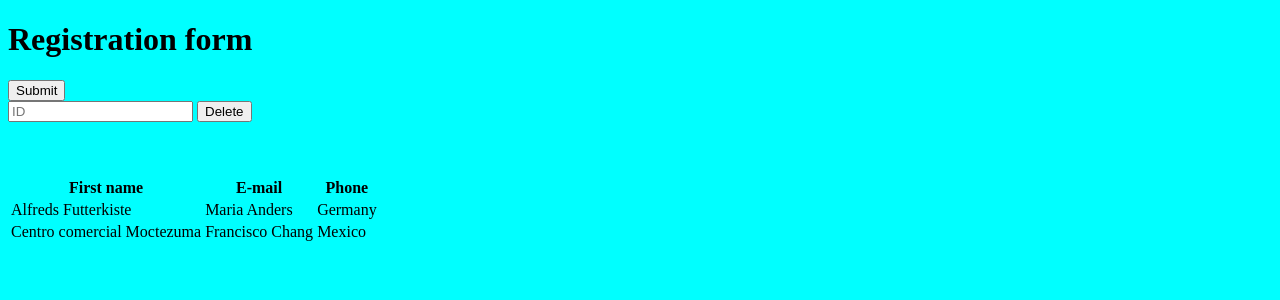
Repository: mediumrtp/CRUD
Page: index.html
An editor plug-in stored every save of this project. The page is shown before and after the next save, followed by the edit.
The browser window is 1280 px wide. The pictures show the whole page.

Above is the page before, as saved 2022-11-15 09:42:14.

After the next save:
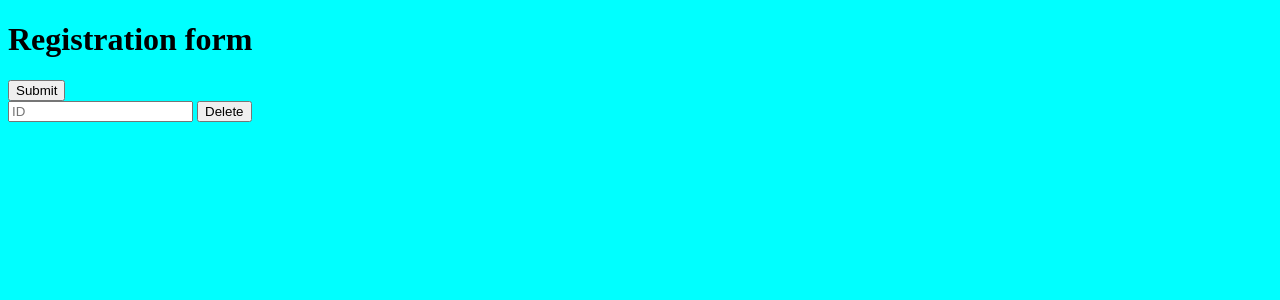
Saved 34 s later.
--- a/index.html
+++ b/index.html
@@ -19,28 +19,6 @@
         <button type="submit">Delete</button>
         <!-- <button type="submit" class="btn">Submit</button> -->
     </form>
-
-    </br>
-    </br>
-    </br>
-
-    <table>
-        <tr>
-            <th>First name</th>
-            <th>E-mail</th>
-            <th>Phone</th>
-        </tr>
-        <tr>
-            <td>Alfreds Futterkiste</td>
-            <td>Maria Anders</td>
-            <td>Germany</td>
-        </tr>
-        <tr>
-            <td>Centro comercial Moctezuma</td>
-            <td>Francisco Chang</td>
-            <td>Mexico</td>
-        </tr>
-    </table>
 </body>
 
 </html>

After the save that followed:
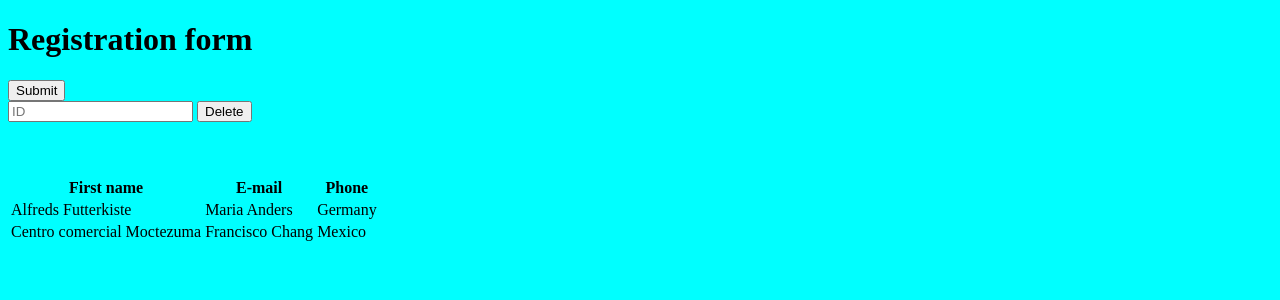
Saved 66 s later.
--- a/index.html
+++ b/index.html
@@ -19,6 +19,28 @@
         <button type="submit">Delete</button>
         <!-- <button type="submit" class="btn">Submit</button> -->
     </form>
+
+    </br>
+    </br>
+    </br>
+
+    <table>
+        <tr>
+            <th>First name</th>
+            <th>E-mail</th>
+            <th>Phone</th>
+        </tr>
+        <tr>
+            <td>Alfreds Futterkiste</td>
+            <td>Maria Anders</td>
+            <td>Germany</td>
+        </tr>
+        <tr>
+            <td>Centro comercial Moctezuma</td>
+            <td>Francisco Chang</td>
+            <td>Mexico</td>
+        </tr>
+    </table>
 </body>
 
 </html>
